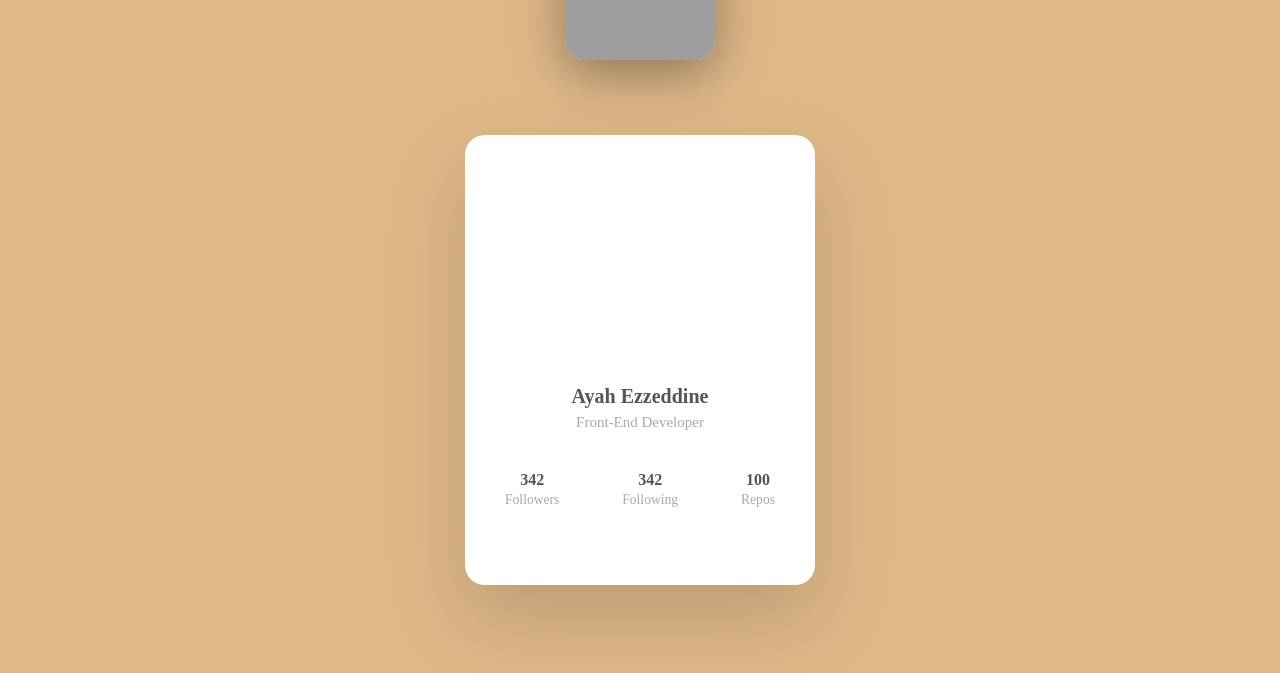
Repository: ayah1996/Github-Profiles
Page: index.html
These files come from the project's save history. The page is drawn as it stood at one moment and after the next save; the edit follows.
The browser window is 1280 px wide. The pictures show the whole page.
Pictures or frames that could not be fetched are drawn as grey boxes. The page's requests for data from a server got no answer.

Above is the page before, as saved 2023-01-26 14:22:40.

After the next save:
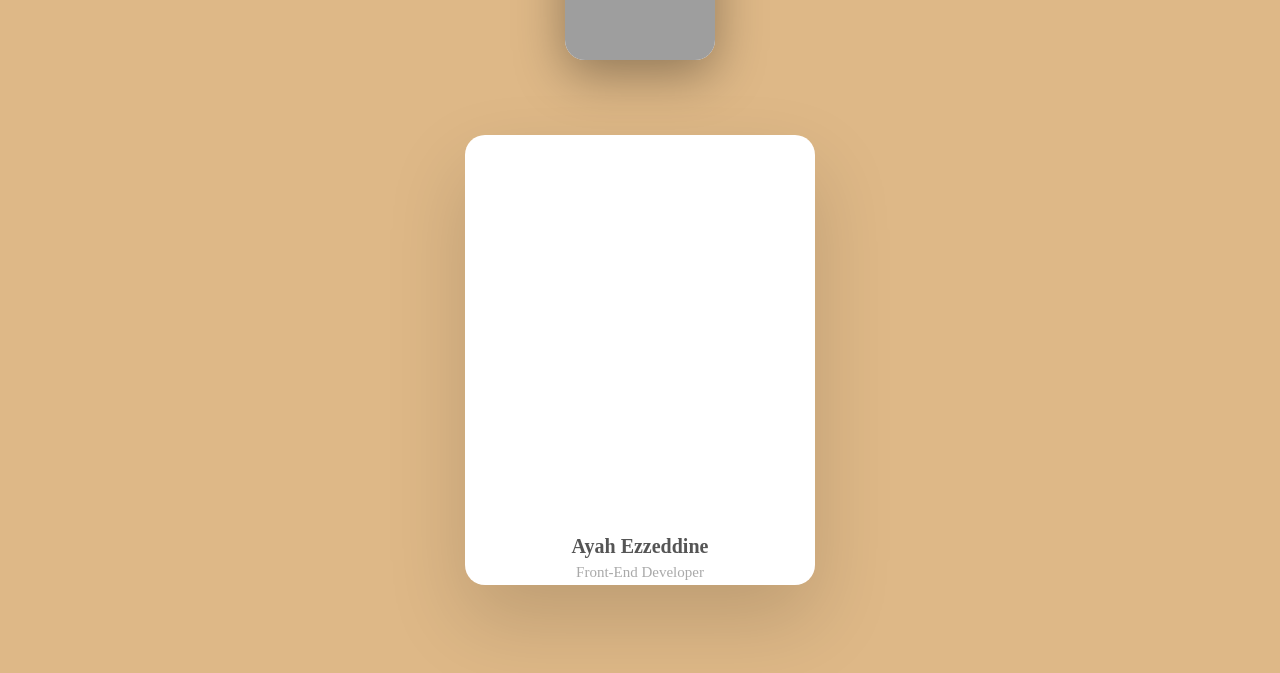
Saved 78 s later.
--- a/style.css
+++ b/style.css
@@ -63,6 +63,7 @@ body {
   display: flex;
   justify-content: center;
   align-items: flex-end;
+  overflow: hidden;
 }
 
 .card .details {
@@ -70,6 +71,7 @@ body {
   padding: 40px;
   text-align: center;
   transition: 0.5s;
+  transform: translateY(150px);
 }
 
 .card .details h2 {
